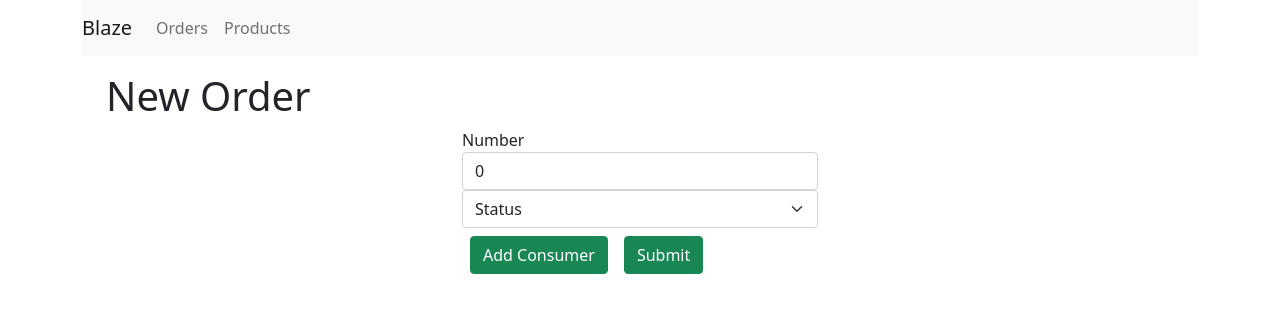
Repository: Isamae/Fractal
Page: /orders/order (app in frond/)
The author's editor kept a copy of each file at every save. The page is drawn from the files as they stood at one save, then again after the next save.
The browser window is 1280 px wide. The pictures show the whole page.
The project was rebuilt for these pictures with package versions that can differ from the ones it lists, and the page was loaded fresh each time. Also part of the build but not shown: frond/src/App.css, frond/src/components/ProductComponent.js, frond/src/components/OrderComponent.js, frond/src/components/AddProductComponent.js, frond/src/components/EditProductComponent.js.

Above is the page before, as saved 2021-09-17 12:20:58.

After the next save:
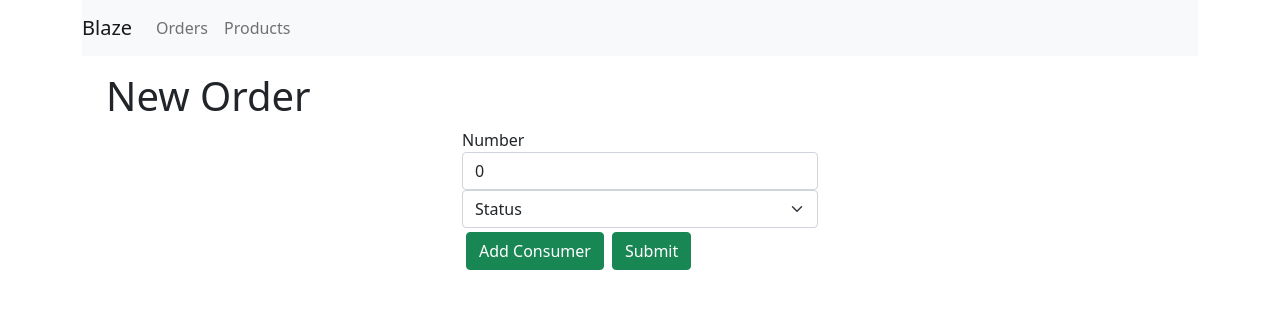
Saved 15 s later.
--- a/frond/src/components/AddOrderComponent.js
+++ b/frond/src/components/AddOrderComponent.js
@@ -144,8 +144,8 @@ class AddOrder extends Component {
                             </select>
                         </div>
 
-                        <button onClick={this.handleShow}class="btn btn-success m-2">Add Consumer</button>
-                        <button onClick={this.saveOrder} className="btn btn-success  m-2">
+                        <button onClick={this.handleShow}class="btn btn-success m-1">Add Consumer</button>
+                        <button onClick={this.saveOrder} className="btn btn-success  m-1">
                             Submit
                         </button>
                     </div>
